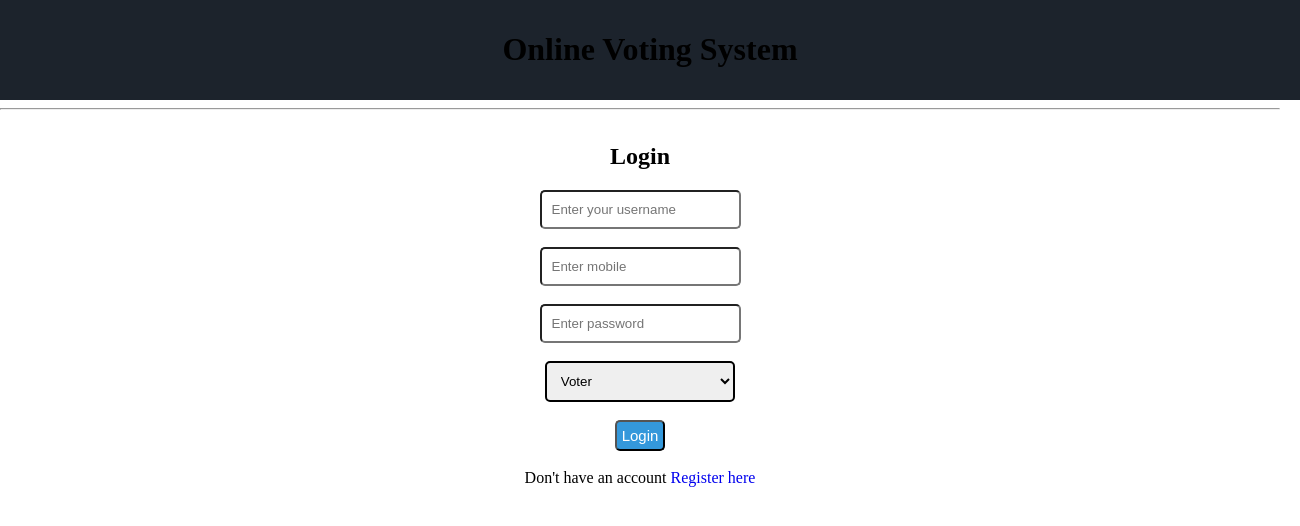
Repository: LeLoUcH-V-BrItAnIa/voting
Page: http://localhost/
These files come from the project's save history. The page is drawn as it stood at one moment and after the next save; the edit follows.
The browser window is 1280 px wide. The page is 1300 px wide, so the pictures cover 1300 px, including what lies to the right of the window. The pictures show the whole page.
The page is run by PHP 8.4 with error messages shown; the project is at /var/www/html/.

Above is the page before, as saved 2023-08-31 11:54:29.

### online-voting-system/index.php
<html>
    <head>
        <title>Online voting system - Home</title>
        <link rel="stylesheet" href="css/stylesheet.css">
    </head>
    <body>

            <center>
            <div id="headerSection" >
            <h1>Online Voting System</h1>
            </div>
            <hr>

            <div id="loginSection">
                <h2>Login</h2>
                <form action="api/login.php" method="POST">
                    <input type="text" name="username" placeholder="Enter your username" required><br><br>
                    <input type="number" name="mob" placeholder="Enter mobile" required><br><br>
                    <input type="password" name="pass" placeholder="Enter password" required><br><br>
                    <select name="role" style="width: 15%; border: 2px solid black">
                        <option value="1">Voter</option>
                        <option value="2">Candidate</option>
                    </select><br><br>
                    <button id="loginbtn" type="submit" name="loginbtn">Login</button><br><br>
                    Don't have an account <a href="routes/register.php">Register here</a>
                </form>
            </div>

            </center>
    </body>
</html>

### online-voting-system/css/stylesheet.css
body,html{
  margin: 0;
  height: 100%;

}
input {
  padding: 10px;
  border-radius: 5px;
}

select {
  padding: 10px;
  border-radius: 5px;
}

#upload {
  padding: 10px;
  border-radius: 5px;
  border: 2px solid black;
}

#headerSection {
  text-align: center;
  background-color: rgb(28, 35, 44);
  padding: 10px;
  width: 100%;
  font-family: Cursive;
}

#loginSection {
  padding: 5px;
}

body {
  background:linear-gradient(2 right,#f000f0,#f000f0,#f000f0,#f000f0);
}

#loginbtn {
  padding: 5px;
  font-size: 15px;
  background-color: #3498db;
  color: white;
  border-radius: 5px;
}

#reglink {
  padding: 5px;
  font-size: 15px;
  background-color: #3498db;
  color: white;
  border-radius: 5px;
  text-decoration: none;
}

a {
  text-decoration: none;
}

#mainSection {
  padding: 10px;
}

#profileSection {
  width: 30%;
  float: left;
  background-color: white;
  padding: 20px;
}

#groupSection {
  width: 60%;
  float: right;
  background-color: white;
  padding: 20px;
}

#back-button {
  float: left;
  margin-left: 20px;
  margin-top: 20px;
  padding: 5px;
  font-size: 15px;
  background-color: #3498db;
  color: white;
  border-radius: 5px;
}

#logout-button {
  float: right;
  margin-right: 20px;
  margin-top: 20px;
  padding: 5px;
  font-size: 15px;
  background-color: #3498db;
  color: white;
  border-radius: 5px;
}

After the next save:
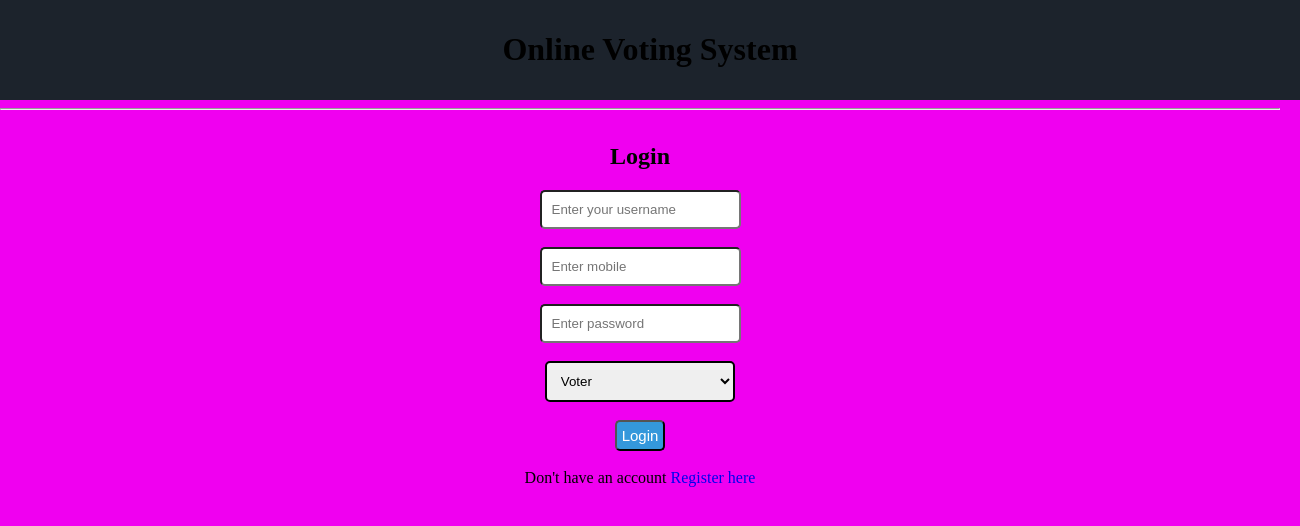
Saved 9 s later.
--- a/online-voting-system/css/stylesheet.css
+++ b/online-voting-system/css/stylesheet.css
@@ -32,7 +32,7 @@ select {
 }
 
 body {
-  background:linear-gradient(2 right,#f000f0,#f000f0,#f000f0,#f000f0);
+  background:linear-gradient(to right,#f000f0,#f000f0,#f000f0,#f000f0);
 }
 
 #loginbtn {
